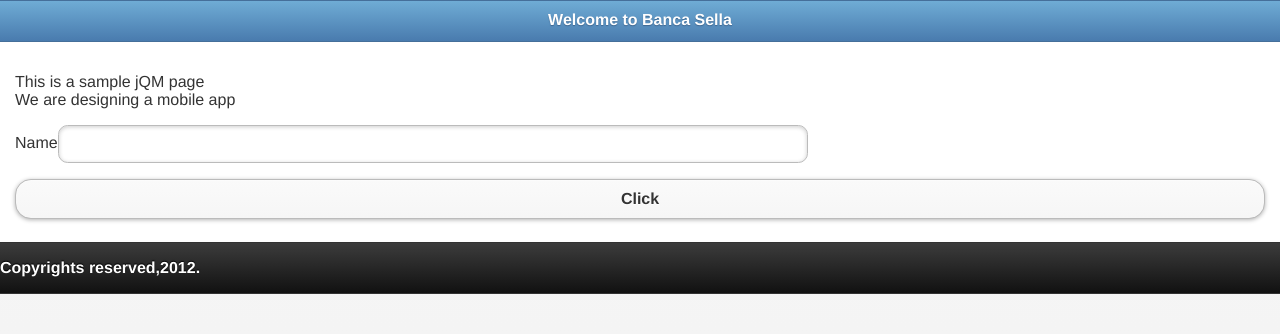
Repository: ravinforu/HTML5_CSS3_JS_Frameworks_Jul_2012-1
Page: jQM1/WebContent/lab06.html
The author's editor kept a copy of each file at every save. The page is drawn from the files as they stood at one save, then again after the next save.
The browser window is 1280 px wide. The pictures show the whole page.

Above is the page before, as saved 2012-07-21 09:51:59.

After the next save:
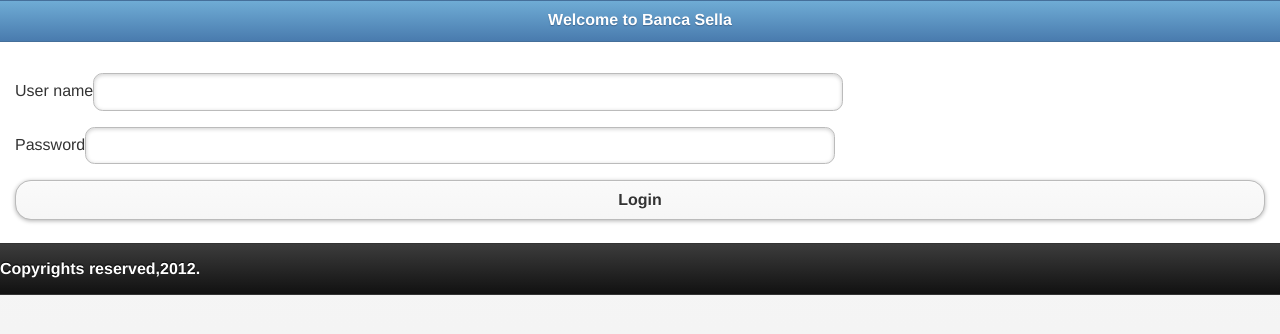
Saved 100 s later.
--- a/jQM1/WebContent/lab06.html
+++ b/jQM1/WebContent/lab06.html
@@ -15,15 +15,15 @@
 			<h3>Welcome to Banca Sella</h3>
 		</div>
 		<div data-role="content" data-theme="d">
-			<p>
-				This is a sample jQM page<br/>
-				We are designing a mobile app
-			</p>
 			<div data-role="fieldcontain">
-				<label>Name</label>
-				<input type="text">
+				<label>User name</label>
+				<input type="text" id="userName">
 			</div>
-			<div data-role="button" id="clickBtn">Click</div>
+			<div data-role="fieldcontain">
+				<label>Password</label>
+				<input type="password" id="password">
+			</div>
+			<div data-role="button" id="loginBtn">Login</div>
 		</div>
 		<div data-role="footer" data-theme="a">
 			<p>Copyrights reserved,2012.</p>
@@ -31,28 +31,14 @@
 	</div>
 	<div data-role="page" id="homeScreen">
 		<div data-role="header">
-			<h2>Shop all departments</h2>
+			<h2>Welcome home</h2>
 		</div>
 		<div data-role="content" data-theme="b">
 			<div data-role="collapsible-set" >
-				<div data-role="collapsible" data-collapsed-icon="arrow-r" data-content-theme="c">
-					<h3>Books</h3>
-					<ul data-role="listview" data-inset="true">
-						<li>Books</li>
-						<li>Textbooks</li>
-						<li>Magazines</li>
+				<div data-role="collapsible">
+					<h3>Countries</h3>
+					<ul data-role="listview" id="countries" data-inset="true">
 					</ul>
-				</div>
-				<div data-role="collapsible">
-					<h3>Kindle</h3>
-					<ul data-role="listview" data-inset="true">
-						<li>Kindle Touch</li>
-						<li>Kindle Fire</li>
-						<li>e-books</li>
-					</ul>
-				</div>
-				<div data-role="collapsible">
-					<h3>Electronics</h3>
 				</div>
 			</div>
 		</div>
